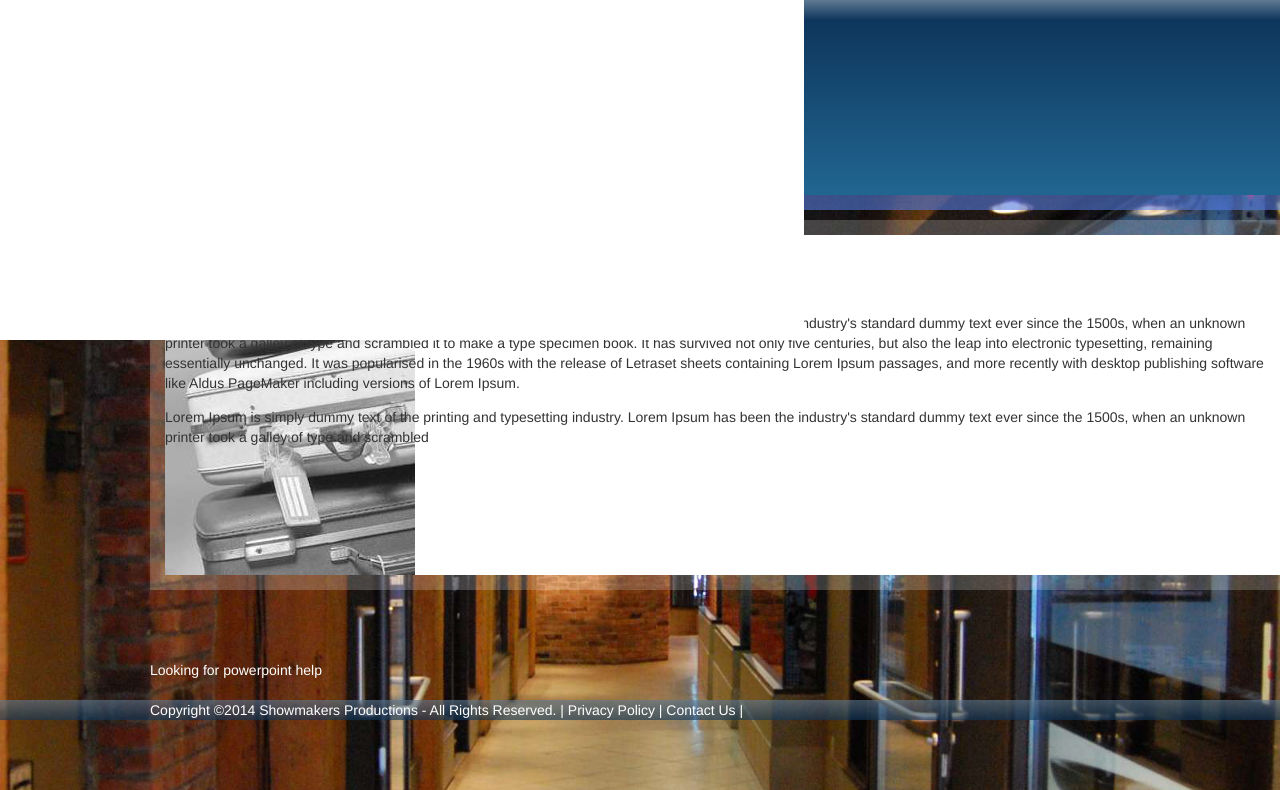
Repository: EddieMachete/showmakers
Page: index.html
The author's editor kept a record of every edit. The page is drawn from the files as they stood at one moment, then again after the next edit.
The browser window is 1280 px wide. The pictures show the whole page.
Backgrounds fixed to the window are drawn as part of the page.

Above is the page before.
Console error: TypeError: Cannot read properties of undefined (reading 'querySelector')

### index.html
<!doctype html>
<html>
<head>
    <meta charset="UTF-8">
    <title>Vancouver PowerPoint Presentations, Templates, Web Design, Video Production | ShowMakers Productions</title>
    <meta name="description" content="Vancouver PowerPoint and multimedia production company specializing in corporate PowerPoint templates, PowerPoint design and video presentations" />
    <!-- Styles -->
    <!--link rel="stylesheet" type="text/css" href="Css/bootstrap.min.css" /-->
    <link rel="stylesheet" type="text/css" href="Css/main.css" />
    <link rel="stylesheet" type="text/css" href="Css/animations.css" />
    <link rel="stylesheet" type="text/css" href="Css/WhiteFlashAnimation.css" />
    <link rel="stylesheet" type="text/css" href="Css/ContentTransitionAnimation.css" />
    <link rel="stylesheet" type="text/css" href="Css/OurPhilosophyBannerAnimation.css" />
    <link rel="stylesheet" type="text/css" href="Css/OurPhilosophyContentAnimation.css" />
    <link rel="stylesheet" type="text/css" href="Css/WhatWeDoBannerAnimation.css" />
    <link rel="stylesheet" type="text/css" href="Css/OurProcessBannerAnimation.css" />
    <link rel="stylesheet" type="text/css" href="Css/OurServicesBannerAnimation.css" />
    <link rel="stylesheet" type="text/css" href="Css/WhatsNewBannerAnimation.css" />
    <!-- Templates -->
    <link id="WhiteFlashTemplate" rel="import" href="WhiteFlash.html" />
    <!-- Who -->
    <link id="WhoWeAreBannerTemplate" rel="import" href="WhoWeAreBanner.html" />
    <link id="OurPhilosophyBannerTemplate" rel="import" href="OurPhilosophyBanner.html" />
    <link id="OurPhilosophyContentTemplate" rel="import" href="OurPhilosophyContent.html" />
    <!-- What -->
    <link id="WhatWeDoBannerTemplate" rel="import" href="WhatWeDoBanner.html" />
    <link id="OurProcessBannerTemplate" rel="import" href="OurProcessBanner.html" />
    <link id="OurServicesBannerTemplate" rel="import" href="OurServicesBanner.html" />
    <link id="WhatsNewBannerTemplate" rel="import" href="WhatsNewBanner.html" />
    <!-- Scripts -->
    <script type="text/javascript" src="Scripts/GoogleAnalytics.js"></script>
    <script type="text/javascript" src="Scripts/jquery.js"></script>
    <script type="text/javascript" src="Scripts/Index/IndexMain.js"></script>
    <!-- End Google analytics -->
</head>
<body class="office-background background-cover">
	<div class="l-page-header translucent-gradient">
    	<div class="l-navigation padded-left">
        	<ul class="sections navigation-block list-unstyled text-lowercase left-border-width-gradient text-white">
            	<li class="tall is-selected" data-controller="Page" data-name="NavWho">
                	<div class="underline">
                    	Who <span class="navigation-highlight-padded text-orange text-roboto-thin">we are</span>
                    </div>
                </li>
                <li class="tall" data-controller="Page" data-name="NavWhat">
                	<div class="underline">What</div>
                </li>
                <li class="tall">
                	<div class="underline">Why</div>
                </li>
                <li class="tall">
                	<div class="underline">Where</div>
                </li>
            </ul>
            <div class="navigation-block text-lowercase left-border-width-gradient text-white">
            	<ul class="sub-sections list-unstyled is-active is-expanded"
            	    data-controller="Page" data-name="SubSectionWho">
                	<li class="tall is-selected" data-controller="Page" data-name="NavWhoWeAre">
                    	<div class="underline">Who we are</div>
                    </li>
                    <li class="tall" data-controller="Page" data-name="NavOurPhilosophy">
                    	<div class="underline">Our philosophy</div>
                    </li>
                    <li class="tall">
                    	<div class="underline">Our people</div>
                    </li>
                </ul>
            	<ul class="sub-sections list-unstyled"
            	    data-controller="Page" data-name="SubSectionWhat">
                	<li class="tall" data-controller="Page" data-name="NavWhatWeDo">
                    	<div class="underline">What we do</div>
                    </li>
                    <li class="tall" data-controller="Page" data-name="NavOurProcess">
                    	<div class="underline">Our process</div>
                    </li>
                    <li class="tall" data-controller="Page" data-name="NavOurServices">
                    	<div class="underline">Our services</div>
                    </li>
                    <li class="tall" data-controller="Page" data-name="NavWhatsNew">
                    	<div class="underline">What&apos;s new</div>
                    </li>
                </ul>
            </div>
            <div class="frosted-glass content">
            	<div class="readable-gradient bottom-left-round-corners-8" data-controller="Page" data-name="Banner"></div>
            </div>
        </div>
    </div>
    <div class="main-content padded-left frosted-glass top-left-round-corners-8">
        <!-- ----- Our Philosophy ----- -->
        <div class="our-philosophy-content container top-left-round-corners-8">
            <div class="message">
                <h1>We don&apos;t loose your luggage</h1>
                <p>
                    Lorem Ipsum is simply dummy text of the printing and typesetting industry. Lorem Ipsum has been the industry's standard dummy text ever since the 1500s, when an unknown printer took a galley of type and scrambled it to make a type specimen book. It has survived not only five centuries, but also the leap into electronic typesetting, remaining essentially unchanged. It was popularised in the 1960s with the release of Letraset sheets containing Lorem Ipsum passages, and more recently with desktop publishing software like Aldus PageMaker including versions of Lorem Ipsum.
                </p>
                <p>
                    Lorem Ipsum is simply dummy text of the printing and typesetting industry. Lorem Ipsum has been the industry's standard dummy text ever since the 1500s, when an unknown printer took a galley of type and scrambled
                </p>
            </div>
        </div>
        <!-- ----- Content Transition ----- -->
        <div class="content-transition">
            <div class="left">
                <div class="mask collapsible">
                    <div class="transition-border expandable float-left"></div>
                </div>
            </div>
            <div class="right">
                <div class="mask collapsible">
                    <div class="transition-border expandable"></div>
                </div>
            </div>
        </div>
    </div>
    <div class="l-power-point-section">
    	<div class="padded-left text-white">
        	Looking for powerpoint help
        </div>
    </div>
    <div class="l-footer">
    	<div class="container">
        	<div class="padded-left text-white">
	        	Copyright &copy;2014 Showmakers Productions - All Rights Reserved. | Privacy Policy | Contact Us |
            </div>
        </div>
    </div>
</body>
</html>

### Css/main.css
@charset "UTF-8";
/* CSS Document */
/* COLORS */
/*    Orange: #FC8D00 */

/* Base */
* {
	-webkit-box-sizing: border-box;
	-moz-box-sizing: border-box;
	box-sizing: border-box;
}

html {
	font-family: sans-serif;
	font-size: 10px;
	-webkit-tap-highlight-color: rgba(0,0,0,0);
	-webkit-text-size-adjust: 100%;
	-ms-text-size-adjust: 100%;
}

body {
	font-family: "Helvetica Neue",Helvetica,Arial,sans-serif;
	font-size: 14px;
	line-height: 1.42857143;
	color: #333;
	background-color: #fff;

	margin: 0;
	padding: 0;
}

/* Layout */
.l-page-header {
	overflow: hidden;
}

.l-power-point-section {
	bottom: 40px;
	position: fixed;
	width: 100%;
}

.l-footer {
	background-color: #0E365C;
	background: repeating-linear-gradient(rgba(95, 122, 147, .6), rgba(14, 54, 92, .6));
	bottom: 0;
	position: fixed;
	width: 100%;
}

/* Modules */
@font-face {
    font-family: open-sans-light;
    src: url('../Fonts/Open-Sans/OpenSans-Light.ttf');
}

@font-face {
    font-family: roboto-thin;
    src: url(../Fonts/Roboto/Roboto-Thin.ttf)
}

.text-lowercase {
	text-transform: lowercase;
}

.text-open-sans-light {
    font-family: open-sans-light;
	/*font-weight: 300;*/
}

.text-roboto-thin {
    font-family: roboto-thin;
	/*font-weight: 100;*/
}

.text-verdana {
	font-family: verdana, arial, sans-serif;
}

.text-bold {
	font-weight: bold;
}

.text-white {
	color: #FFF;
}

.text-orange {
	color: #FC8D00;
}

.display-inline-block {
	display: inline-block;
}

.float-left {
	float: left;
}

.float-right {
	float: right;
}

.list-unstyled {
	list-style: none;
	padding-left: 0;
}

.list-unstyled li {
	margin: 0;
}

.office-background {
	background: #000 no-repeat center fixed url('../Images/office-background.jpg');
}

.background-cover {
	-webkit-background-size: cover;
	-moz-background-size: cover;
	-o-background-size: cover;
	background-size: cover;
}

.readable-gradient {
	background: repeating-linear-gradient(#5F7A93, #0E365C 20px, #216691);
	height: 195px;
    overflow: hidden;
    position: relative;
}

.readable-gradient .animation {
    position: absolute;
    top: 0;
    left: 0;
    width: 100%;
}
/*
.readable-gradient .white-flash {
    z-index: 5;
}*/

.round-corners-8 {
	border-radius: 8px;
}

.bottom-left-round-corners-8 {
	border-bottom-left-radius: 8px;
}

.top-left-round-corners-8 {
	border-top-left-radius: 8px;
}

.translucent-gradient {
	background: #000;
	/* Safari 5.1 to 6.0 */
	background: -webkit-repeating-linear-gradient(rgba(0, 0, 0, .8), rgba(0, 58, 211, .5));
	/* Opera 11.1 to 12.0 */
	background: -o-repeating-linear-gradient(rgba(0, 0, 0, .8), rgba(0, 58, 211, .5));
	/* Firefox 3.6 to 15 */
	background: -moz-repeating-linear-gradient(rgba(0, 0, 0, .8), rgba(0, 58, 211, .5));
	/* Standard syntax */
	background: repeating-linear-gradient(rgba(0, 0, 0, .8), rgba(0, 58, 211, .5));
}

.frosted-glass {
	background-color: #FFF;
	background-color: rgba(255, 255, 255, .2);
	padding: 15px 0 15px 15px;
	padding-top: 0;
}

/* Navigation Blocks */
.l-navigation .navigation-block {
	float: left;
	height: 210px;
	margin: 0;
	/*padding: 0 15px;*/
	overflow: hidden;
	width: 134px;
}

.l-navigation .navigation-block .tall {
	background: no-repeat center left url('../Images/menu-arrow.png');
	background-position: -10px;

	-webkit-transition: background-position 300ms; /* For Safari 3.1 to 6.0 */
    transition: background-position 300ms;
}

.l-navigation .navigation-block .tall.is-selected {
	background-position: -2px;
}

.l-navigation .navigation-block .navigation-highlight-padded {
	padding: 0 5px;
}

.l-navigation .navigation-block .underline {
	position: relative;
	margin: 0 15px;
}

.l-navigation .navigation-block .underline:after {
	background-color: #FC8D00;
	bottom: -1px;
	content: '';
	display: block;
	height: 1px;
	left: 0;
	position: absolute;
	transition: width 0.2s;
	width: 0;
}

.l-navigation .navigation-block .underline:hover:after {
	width: 100%;
}

.l-navigation .sub-sections {
	display: none;
}

.l-navigation .sub-sections .tall {
	margin: 0;

	-webkit-transition: all 300ms; /* For Safari 3.1 to 6.0 */
    transition: all 300ms;
}

.l-navigation .sub-sections.is-active {
	display: block;
}

.l-navigation .sections .tall,
.l-navigation .sub-sections.is-expanded .tall {
	margin: 25px 0;
}

/* End Navigation blocks*/

.l-navigation .content {
	margin-left: 268px;
}

/* Description */

.l-navigation .content .description {
	max-width: 520px;
}

.l-navigation .content .description h2 {
	font-size: 15px;
	line-height: 1.5em;
	margin: 20px 20px 10px 20px;
}

.l-navigation .content .description p {
	font-size: 12px;
	font-weight: 200;
	line-height: 1.5em;
	margin: 10px 20px;
	text-align: justify;
}

/* End Description*/

.left-border-width-gradient {
	border-color: #FFF;
	border-style: solid;
	border-width: 0 0 0 1px;
	height: 210px;
	margin: 0;

    -webkit-border-image:
      -webkit-gradient(linear, 0 0, 0 100%, from(#FFFFFF), to(rgba(0, 0, 0, 0))) 1 100%;
    -webkit-border-image:
      -webkit-linear-gradient(#FFFFFF, rgba(0, 0, 0, 0)) 1 100%;
    -moz-border-image:
      -moz-linear-gradient(#FFFFFF, rgba(0, 0, 0, 0)) 1 100%;
    -o-border-image:
      -o-linear-gradient(#FFFFFF, rgba(0, 0, 0, 0)) 1 100%;
    border-image:
      linear-gradient(to bottom, #FFFFFF, rgba(0, 0, 0, 0)) 1 100%;
}

.main-content {
	margin-bottom: 200px;
	margin-top: 10px;
}

.main-content .container {
	overflow: hidden;
	position: relative;
}

.main-content .content-transition {
	left: 0;
	position: absolute;
	top: 0;
}

.main-content .content-transition .left {
	float: left;
	height: 340px;
	position: relative;
	width: 252px;
}

.main-content .content-transition .left .mask {
	background-color: #FFF;
	height: 340px;
	position: absolute;
	right: 0;
	top: 0;
	width: 252px;
}

.main-content .content-transition .right {
	float: left;
	height: 340px;
	position: relative;
	width: 552px;
}

.main-content .content-transition .right .mask {
	background-color: #FFF;
	height: 340px;
	position: absolute;
	right: 0;
	top: 0;
	width: 552px;
}

.main-content .content-transition .transition-border {
	background-color: orange;
	width: 2px;
}

.main-content .container {
	background-color: #FFF;
	height: 340px;
	margin: 15px 0 0 0;
}


@media (min-width: 980px) {
	.padded-left {
		margin-left:calc((100% - 980px)/2);
		overflow: hidden;
	}
}

### Css/animations.css
.animation {
    display:none;
}

.animation.is-animated {
    display: block;
}

/* --- logo-and-stars-transition ------------------------------- */
/* Chrome, Safari, Opera */
@-webkit-keyframes logo-and-stars-transition {
    from {
        bottom: 300px;
        left: 600px
    }
    to {
        bottom: -20px;
        left: 300px
    }
}

/* Standard syntax */
@keyframes logo-and-stars-transition {
    from {
        bottom: 300px;
        left: 600px
    }
    to {
        bottom: -20px;
        left: 300px
    }
}



/* --- logo-and-stars-shake ------------------------------- */
@-webkit-keyframes logo-and-stars-shake {
    from { background-position-x: 0;}
    to {background-position-x: 3px;}
}


@keyframes logo-and-stars-shake {
    from { background-position-x: 0;}
    to {background-position-x: 3px;}
}



/* --- slide-in-left ------------------------------- */
@-webkit-keyframes slide-in-left {
    from {
       margin-left: 120px;
       opacity: 0;
    }
    to {
        margin-left: 0;
        opacity: 1;
    }
}

@keyframes slide-in-left {
    from {
       margin-left: 120px;
       opacity: 0;
    }
    to {
        margin-left: 0;
       opacity: 1;
    }
}

### Css/ContentTransitionAnimation.css
.main-content .content-transition .transition-border.expandable {
	-webkit-animation: transition-border-expand-frames 2s forwards;
	animation: transition-border-expand-frames 2s forwards;

	-webkit-animation-delay: 5s;
	animation-delay: 5s;
}

.main-content .content-transition .left .mask.collapsible {
	-webkit-animation: left-mask-collapse-frames 800ms forwards;
	animation: left-mask-collapse-frames 800ms forwards;

	-webkit-animation-delay: 5500ms;
	animation-delay: 5500ms;
}

.main-content .content-transition .right .mask.collapsible {
	-webkit-animation: right-mask-collapse-frames 800ms forwards;
	animation: right-mask-collapse-frames 800ms forwards;

	-webkit-animation-delay: 5500ms;
	animation-delay: 5500ms;
}



/* --- transition-border-expand-frames ------------------------------- */
@-webkit-keyframes transition-border-expand-frames {
    0% {
       height: 0px;
       margin-top: 170px;
    }
    20%, 80% {
        height: 340px;
        margin-top: 0;
    }
    80% {
        height: 340px;
        margin-top: 0;
    }
    100% {
        height: 0px;
        margin-top: 170px;
    }
}

@keyframes transition-border-expand-frames {
    0% {
       height: 0px;
       margin-top: 170px;
    }
    20%, 80% {
        height: 340px;
        margin-top: 0;
    }
    80% {
        height: 340px;
        margin-top: 0;
    }
    100% {
        height: 0px;
        margin-top: 170px;
    }
}



/* --- left-mask-collapse-frames ------------------------------- */
@-webkit-keyframes left-mask-collapse-frames {
    0% {
        width: 252px;
    }
    100% {
        width: 2px;
    }
}

@keyframes left-mask-collapse-frames {
    0% {
        width: 252px;
    }
    100% {
        width: 2px;
    }
}



/* --- right-mask-collapse-frames ------------------------------- */
@-webkit-keyframes right-mask-collapse-frames {
    0% {
        width: 552px;
    }
    100% {
        width: 2px;
    }
}

@keyframes right-mask-collapse-frames {
    0% {
        width: 552px;
    }
    100% {
        width: 2px;
    }
}

### Css/OurPhilosophyContentAnimation.css
.our-philosophy-content {
    background: no-repeat url('../Images/our-philosophy-content.jpg');
    overflow: hidden;
}

### Css/WhatWeDoBannerAnimation.css
.what-we-do-banner {
    margin: 20px;
    max-width: 501px;
}

### Css/OurProcessBannerAnimation.css
.our-process-banner {
    position: relative;
}

.our-process-banner .graphic {
    left: 240px;
    position: absolute;
    top: 10px;
}

.our-process-banner .text {
    /*display: inline-block;*/
    /*float: left;*/
    font-size: 15pt;
    font-weight: bold;
    margin: 20px 0 0 25px;
    /*overflow: hidden;
    width: 160px;*/
}

.our-process-banner .text .line {
    line-height: 29pt;
    opacity: 0;
}

.our-process-banner.is-animated .text .text-one-animation {
    -webkit-animation: slide-in-left 500ms forwards; /* Chrome, Safari, Opera */
    animation: slide-in-left 500ms forwards;

    -webkit-animation-delay: 1s; /* Chrome, Safari, Opera */
    animation-delay: 1s;
}

.our-process-banner.is-animated .text .text-two-animation {
    -webkit-animation: slide-in-left 500ms forwards; /* Chrome, Safari, Opera */
    animation: slide-in-left 500ms forwards;

    -webkit-animation-delay: 1300ms; /* Chrome, Safari, Opera */
    animation-delay: 1300ms;
}

.our-process-banner.is-animated .text .text-three-animation {
    -webkit-animation: slide-in-left 500ms forwards; /* Chrome, Safari, Opera */
    animation: slide-in-left 500ms forwards;

    -webkit-animation-delay: 1600ms; /* Chrome, Safari, Opera */
    animation-delay: 1600ms;
}

.our-process-banner.is-animated .text .text-four-animation {
    -webkit-animation: slide-in-left 500ms forwards; /* Chrome, Safari, Opera */
    animation: slide-in-left 500ms forwards;

    -webkit-animation-delay: 1900ms; /* Chrome, Safari, Opera */
    animation-delay: 1900ms;
}

### Css/WhatsNewBannerAnimation.css
.whats-new-banner .text {
    /*display: inline-block;*/
    /*float: left;*/
    font-size: 15pt;
    /*font-weight: bold;*/
    margin: 40px 0 0 25px;
    /*overflow: hidden;*/
    width: 260px;
}

.whats-new-banner .text .quote {
    font-size: 10pt;
    margin-top: 15px;
}

.whats-new-banner .sprite-animation .slide {
    left: 379px;
    position: absolute;
    top: 25px;
    opacity: 0;

    -webkit-transition: opacity 800ms;
}

.whats-new-banner .sprite-animation .slide.is-visible {
    /*-webkit-animation:  fade-in-frames 800ms;*/
    opacity: 1;
}

.whats-new-banner .sprite-animation .top-image {
    left: 240px;
    position: absolute;
    top: 10px;
    z-index: 5;
}

.l-page-header .white-flash {
    z-index: 10;
}



/* --- what-we-do-shiner-light ------------------------------- */
@-webkit-keyframes fade-in-frames {
    0% {
        opacity: 0;
    }
    100% {
        opacity: 1;
    }
}

@keyframes fade-in-frames {
    0% {
        opacity: 0;
    }
    100% {
        opacity: 1;
    }
}

Loaded but not shown: Scripts/jquery.js (library); Scripts/Index/IndexMain.js (128 lines, source omitted); Scripts/GoogleAnalytics.js (9 lines, source omitted); Css/OurPhilosophyBannerAnimation.css (80 lines, source omitted); Css/OurServicesBannerAnimation.css (no copy from this time; the picture is the same without it); Css/WhiteFlashAnimation.css (no copy from this time; the picture is the same without it)

After the next edit:
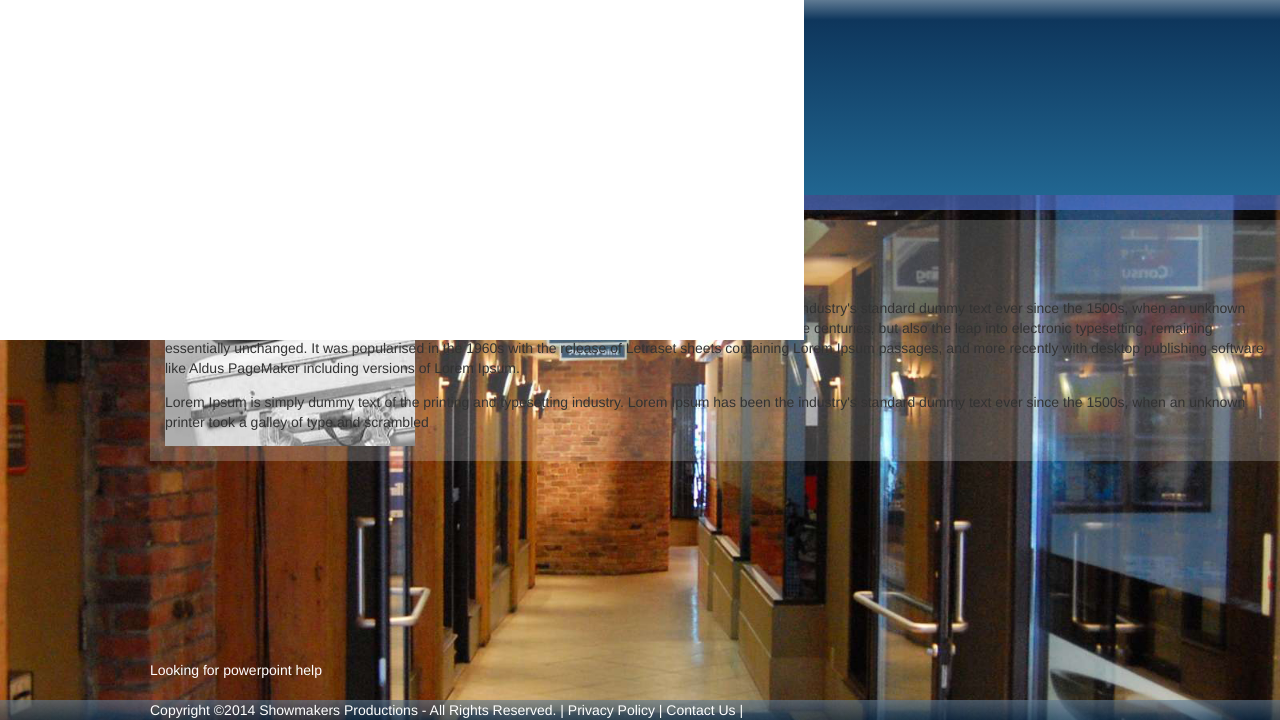
The edit:
--- a/Css/main.css
+++ b/Css/main.css
@@ -337,12 +337,6 @@
 	width: 2px;
 }
 
-.main-content .container {
-	background-color: #FFF;
-	height: 340px;
-	margin: 15px 0 0 0;
-}
-
 
 @media (min-width: 980px) {
 	.padded-left {

After the edit that followed:
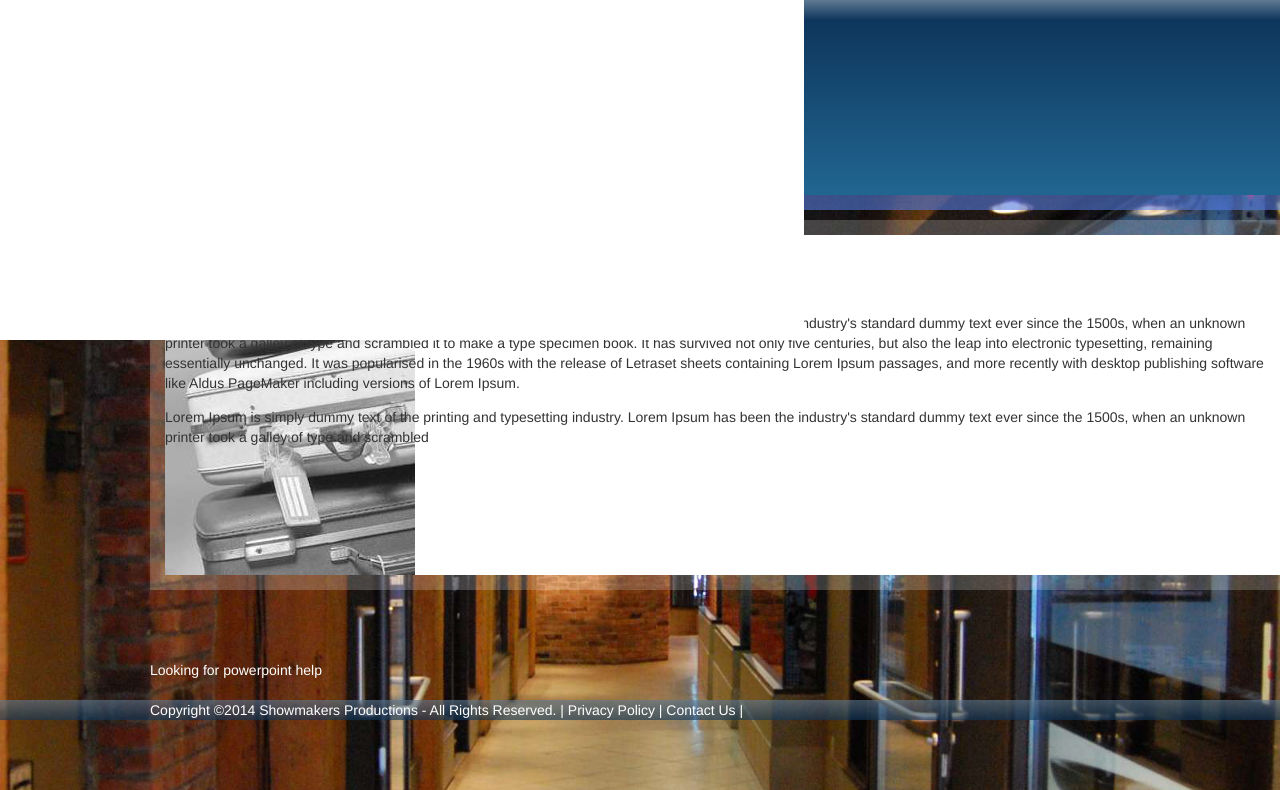
The edit:
--- a/Css/main.css
+++ b/Css/main.css
@@ -290,8 +290,11 @@
 }
 
 .main-content .container {
+	background-color: #FFF;
 	overflow: hidden;
 	position: relative;
+	height: 340px;
+	margin: 15px 0 0 0;
 }
 
 .main-content .content-transition {
